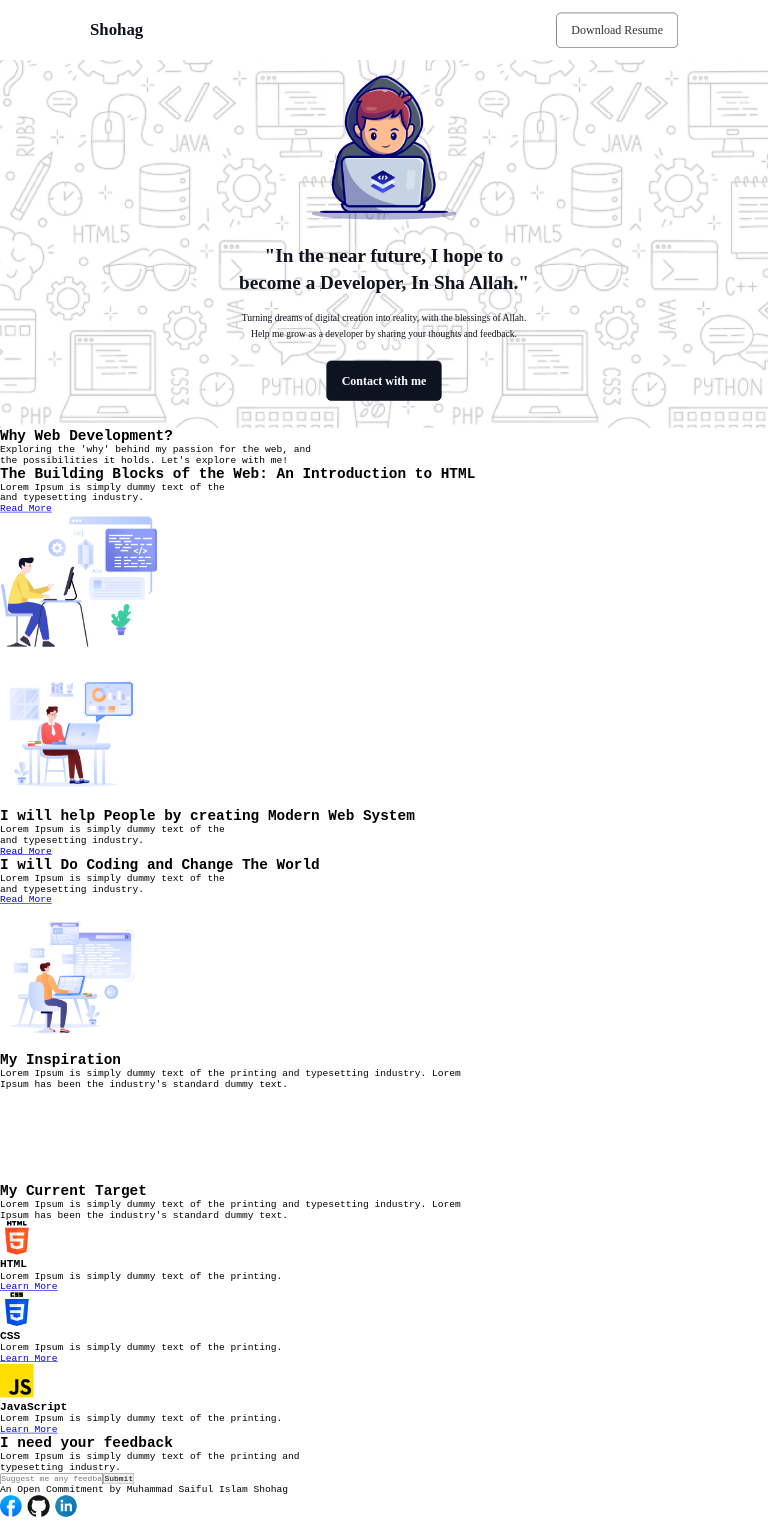
Repository: SHOHAG-NET/my-aspiration
Page: index.html
An editor plug-in stored every save of this project. The page is shown before and after the next save, followed by the edit.
The browser window is 1280 px wide. The pictures show the whole page, at 60% of full size.
Pictures or frames that could not be fetched are drawn as grey boxes. Some web fonts or font styles are not loaded; a fallback is used.

Above is the page before, as saved 2024-07-10 23:20:23.

After the next save:
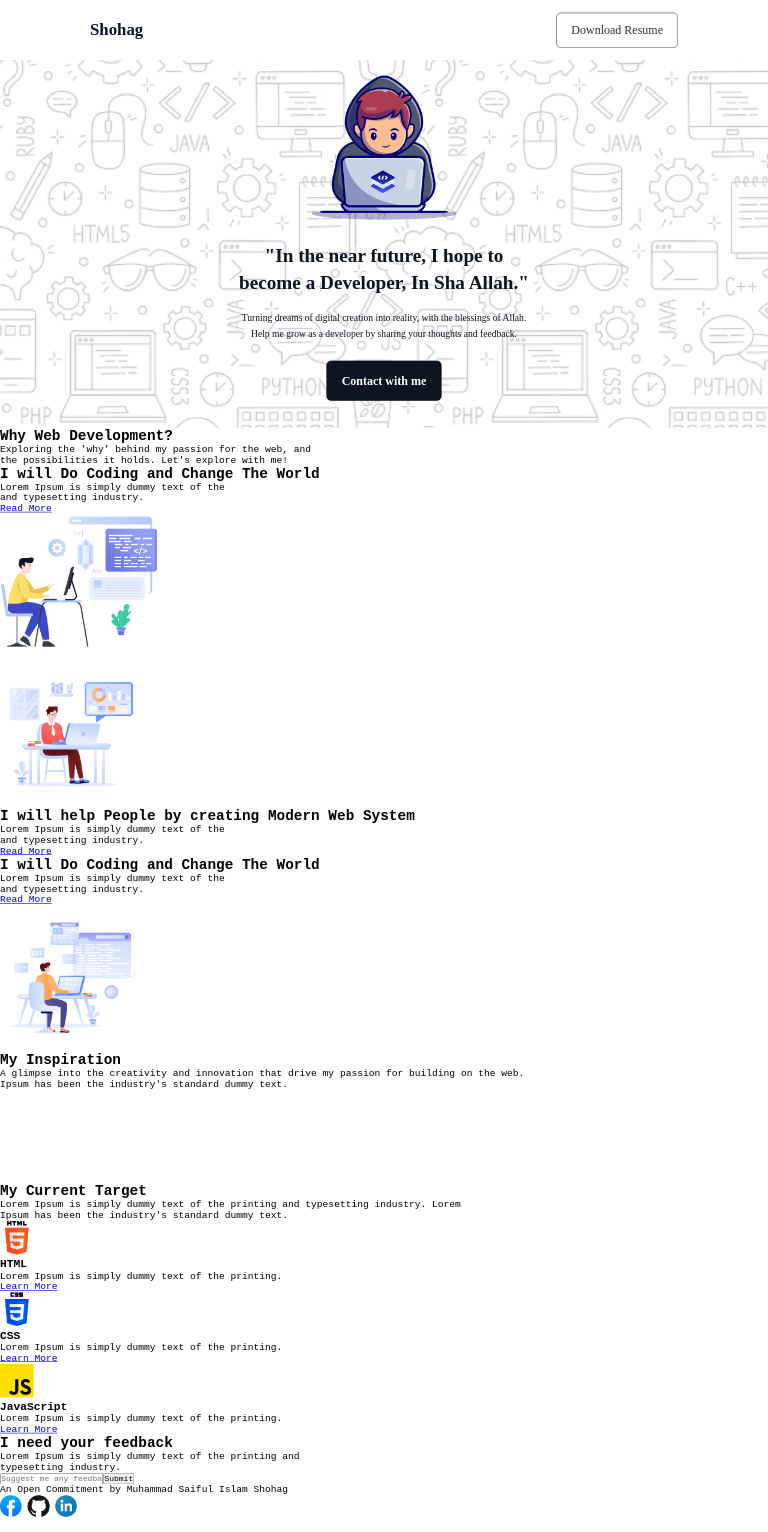
Saved 57 s later.
--- a/index.html
+++ b/index.html
@@ -55,7 +55,7 @@
         <!-- blog content section starts here -->
         <article class="blog-content-left-to-right">
           <div class="content-text">
-            <h2>The Building Blocks of the Web: An Introduction to HTML</h2>
+            <h2>I will Do Coding and Change The World</h2>
             <p>
               Lorem Ipsum is simply dummy text of the <br />
               and typesetting industry.
@@ -107,8 +107,7 @@
         <div class="inspiration-content">
           <h1>My Inspiration</h1>
           <p>
-            Lorem Ipsum is simply dummy text of the printing and typesetting
-            industry. Lorem <br />Ipsum has been the industry's standard dummy
+            A glimpse into the creativity and innovation that drive my passion for building on the web.<br />Ipsum has been the industry's standard dummy
             text.
           </p>
         </div>
